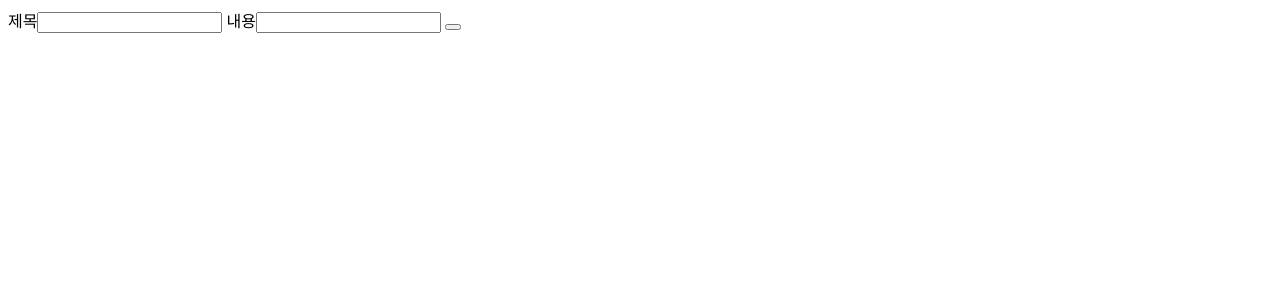
Repository: rhkd4129/JSP_project
Page: project/src/main/webapp/post_insert.html
An editor plug-in stored every save of this project. The page is shown before and after the next save, followed by the edit.
The browser window is 1280 px wide. The pictures show the whole page.

Above is the page before, as saved 2023-08-28 14:34:58.

### project/src/main/webapp/post_insert.html
<!DOCTYPE html>
<html>
<head>
<meta charset="UTF-8">
<title>Insert title here</title>
</head>
<body>
	<!----ID title content systdate-->


	<form action="post_insert.jsp">
		제목<input type="text" >
		내용<input type="text" >
		<button type="submit" value="제출"></button>
	</form>
</body>
</html>

After the next save:
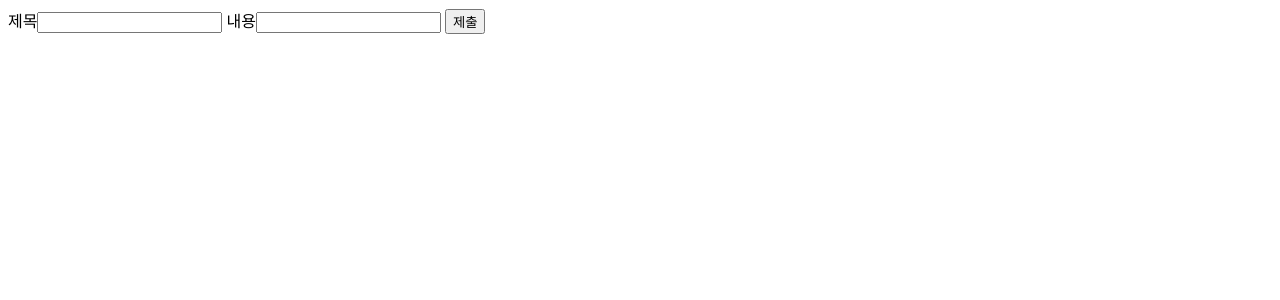
Saved 23 s later.
--- a/project/src/main/webapp/post_insert.html
+++ b/project/src/main/webapp/post_insert.html
@@ -11,7 +11,7 @@
 	<form action="post_insert.jsp">
 		제목<input type="text" >
 		내용<input type="text" >
-		<button type="submit" value="제출"></button>
+		<input type="submit" value="제출"></input>
 	</form>
 </body>
 </html>
